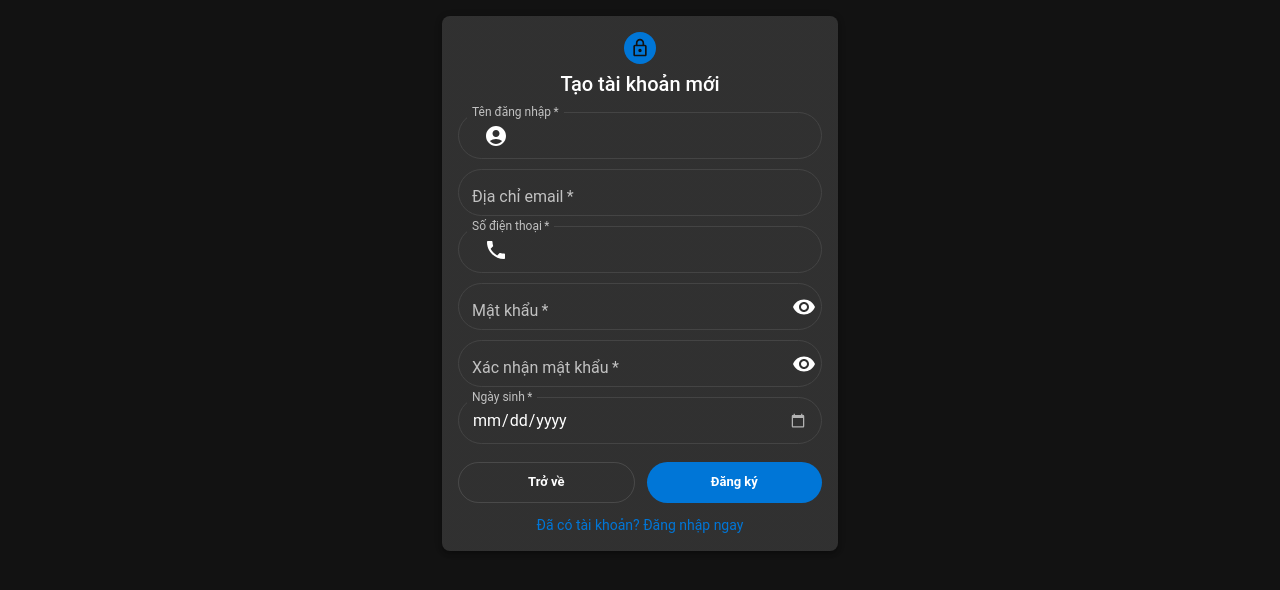
Repository: thtrunghau/ecommerce-ui-dacntt
Page: /auth/register
These files come from the project's save history. The page is drawn as it stood at one moment and after the next save; the edit follows.
The browser window is 1280 px wide. The pictures show the whole page.
The project was rebuilt for these pictures with package versions that can differ from the ones it lists, and the page was loaded fresh each time. Also part of the build but not shown: vite.config.ts, src/mockData/mockData.ts, src/utils/helpers.ts, src/components/shared/NavDropdown.tsx, src/components/shared/UserMenu.tsx, src/components/shared/Header.tsx, src/components/common/RoundedButton.tsx, src/components/features/home/HeroSection.tsx and 7 more.

Above is the page before, as saved 2025-06-13 00:28:38.

After the next save:
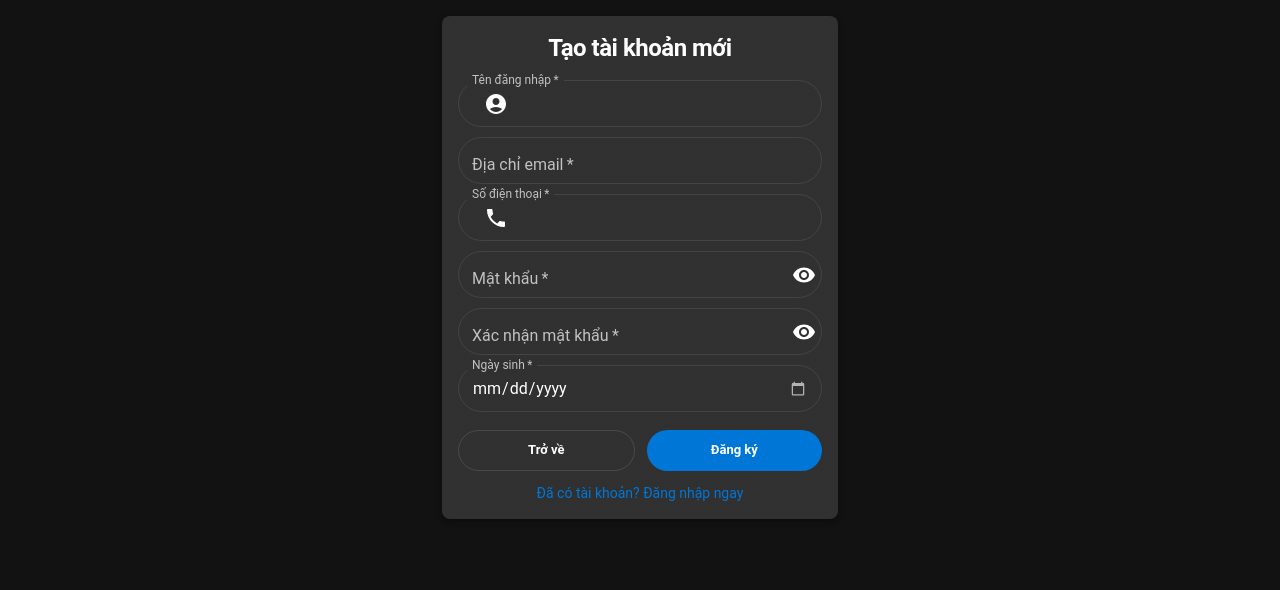
Saved 2 min 8 s later.
--- a/src/pages/auth/RegisterStandalone.tsx
+++ b/src/pages/auth/RegisterStandalone.tsx
@@ -209,10 +209,14 @@ const RegisterStandalone: React.FC = () => {
             bgcolor: "background.paper",
             borderRadius: 2,
           }}
-        >          <Avatar sx={{ mb: 0.5, bgcolor: "primary.main", width: 32, height: 32 }}>
-            <LockOutlined sx={{ fontSize: 20 }} />
-          </Avatar>
-          <Typography component="h1" variant="h6" sx={{ mb: 1.5 }}>
+        >          <Typography
+            component="h1"
+            variant="h5"
+            sx={{
+              mb: 2,
+              fontWeight: 600,
+              letterSpacing: '-0.5px'
+            }}>
             Tạo tài khoản mới
           </Typography>
           {formError && (
